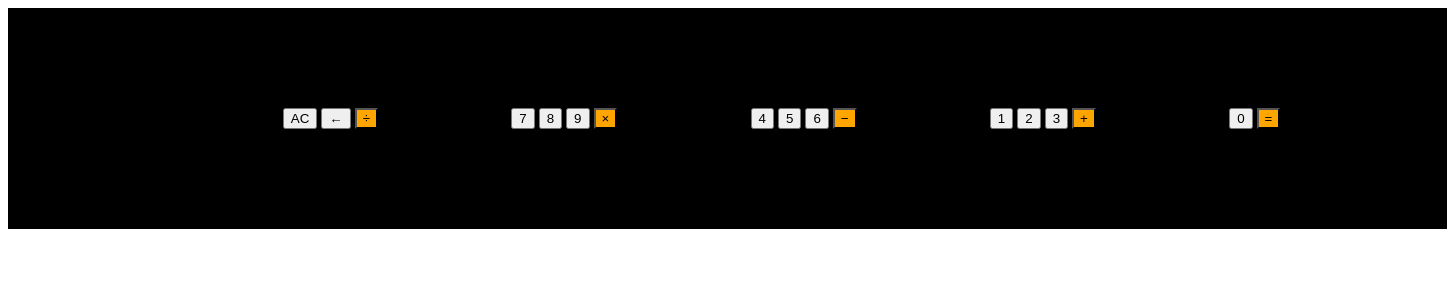
Repository: KaylaDamons/LAB-calculator
Page: index.html
The author's editor kept a copy of each file at every save. The page is drawn from the files as they stood at one save, then again after the next save.
The browser window is 1280 px wide. The page is 1447 px wide, then 1280 px, so the pictures cover 1447 px, including what lies to the right of the window. The pictures show the whole page.

Above is the page before, as saved 2024-01-13 18:08:12.

After the next save:
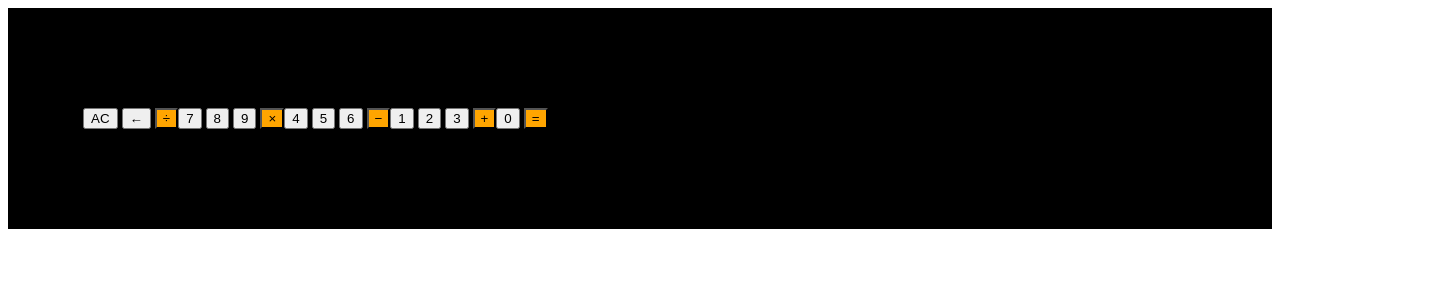
Saved 33 s later.
--- a/main.css
+++ b/main.css
@@ -3,13 +3,12 @@
 .wrapper {
   display: flex;
   background-color:black;
-  justify-content: space-around;
   align-items: center;
   padding-top: 100px;
   padding-left: 75px;
   padding-bottom: 100px;
   padding-right: 100px;
-  width: 100%;
+
 }
 
 .sumbar {
